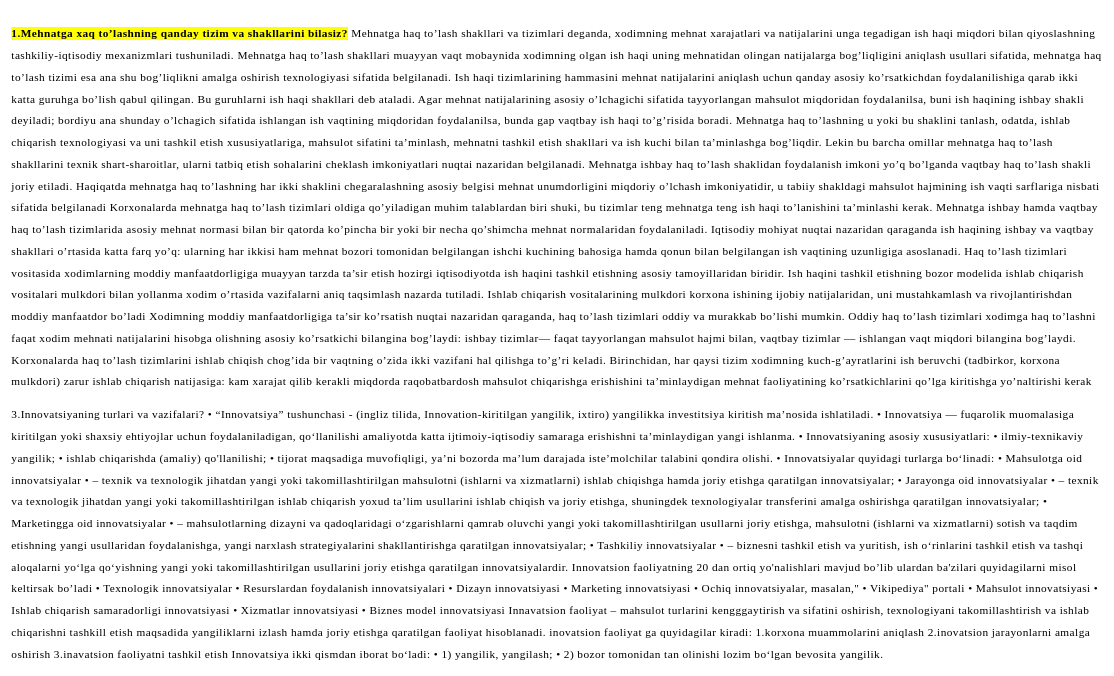
Repository: Ikromkhurozov/tsue-exam-answers
Page: index.html
These files come from the project's save history. The page is drawn as it stood at one moment and after the next save; the edit follows.
The browser window is 1280 px wide. The pictures show the whole page, at 87% of full size.

Above is the page before, as saved 2024-01-15 00:57:03.

### index.html
<!DOCTYPE html>
<html lang="en">
  <head>
    <meta charset="UTF-8" />
    <meta name="viewport" content="width=device-width, initial-scale=1.0" />
    <title>Document</title>
    <style>
      mark {
        font-weight: bold;
      }

      div {
        padding: 5px;
      }

      * {
        letter-spacing: 0.5px;
        line-height: 25px;
        font-size: 13px;
      }
    </style>
  </head>
  <body>

   <div>

      <p> <mark>1.Mehnatga xaq to’lashning qanday tizim va shakllarini bilasiz?</mark> Mehnatga haq to’lash shakllari va tizimlari deganda, xodimning mehnat xarajatlari va natijalarini unga tegadigan ish haqi miqdori bilan qiyoslashning tashkiliy-iqtisodiy mexanizmlari tushuniladi. Mehnatga haq to’lash shakllari muayyan vaqt mobaynida xodimning olgan ish haqi uning mehnatidan olingan natijalarga bog’liqligini aniqlash usullari sifatida, mehnatga haq to’lash tizimi esa ana shu bog’liqlikni amalga oshirish texnologiyasi sifatida belgilanadi.
         Ish haqi tizimlarining hammasini mehnat natijalarini aniqlash uchun qanday asosiy ko’rsatkichdan foydalanilishiga qarab ikki katta guruhga bo’lish qabul qilingan. Bu guruhlarni ish haqi shakllari deb ataladi. Agar mehnat natijalarining asosiy o’lchagichi sifatida tayyorlangan mahsulot miqdoridan foydalanilsa, buni ish haqining ishbay shakli deyiladi; bordiyu ana shunday o’lchagich sifatida ishlangan ish vaqtining miqdoridan foydalanilsa, bunda gap vaqtbay ish haqi to’g’risida boradi.
         Mehnatga haq to’lashning u yoki bu shaklini tanlash, odatda, ishlab chiqarish texnologiyasi va uni tashkil etish xususiyatlariga, mahsulot sifatini ta’minlash, mehnatni tashkil etish shakllari va ish kuchi bilan ta’minlashga bog’liqdir. Lekin bu barcha omillar mehnatga haq to’lash shakllarini texnik shart-sharoitlar, ularni tatbiq etish sohalarini cheklash imkoniyatlari nuqtai nazaridan belgilanadi. Mehnatga ishbay haq to’lash shaklidan foydalanish imkoni yo’q bo’lganda vaqtbay haq to’lash shakli joriy etiladi. Haqiqatda mehnatga haq to’lashning har ikki shaklini chegaralashning asosiy belgisi mehnat unumdorligini miqdoriy o’lchash imkoniyatidir, u tabiiy shakldagi mahsulot hajmining ish vaqti sarflariga nisbati sifatida belgilanadi
         Korxonalarda mehnatga haq to’lash tizimlari oldiga qo’yiladigan muhim talablardan biri shuki, bu tizimlar teng mehnatga teng ish haqi to’lanishini ta’minlashi kerak.
         Mehnatga ishbay hamda vaqtbay haq to’lash tizimlarida asosiy mehnat normasi bilan bir qatorda ko’pincha bir yoki bir necha qo’shimcha mehnat normalaridan foydalaniladi.
         Iqtisodiy mohiyat nuqtai nazaridan qaraganda ish haqining ishbay va vaqtbay shakllari o’rtasida katta farq yo’q: ularning har ikkisi ham mehnat bozori tomonidan belgilangan ishchi kuchining bahosiga hamda qonun bilan belgilangan ish vaqtining uzunligiga asoslanadi.
         Haq to’lash tizimlari vositasida xodimlarning moddiy manfaatdorligiga muayyan tarzda ta’sir etish hozirgi iqtisodiyotda ish haqini tashkil etishning asosiy tamoyillaridan biridir. Ish haqini tashkil etishning bozor modelida ishlab chiqarish vositalari mulkdori bilan yollanma xodim o’rtasida vazifalarni aniq taqsimlash nazarda tutiladi. Ishlab chiqarish vositalarining mulkdori korxona ishining ijobiy natijalaridan, uni mustahkamlash va rivojlantirishdan moddiy manfaatdor bo’ladi
         Xodimning moddiy manfaatdorligiga ta’sir ko’rsatish nuqtai nazaridan qaraganda, haq to’lash tizimlari oddiy va murakkab bo’lishi mumkin. Oddiy haq to’lash tizimlari xodimga haq to’lashni faqat xodim mehnati natijalarini hisobga olishning asosiy ko’rsatkichi bilangina bog’laydi: ishbay tizimlar— faqat tayyorlangan mahsulot hajmi bilan, vaqtbay tizimlar — ishlangan vaqt miqdori bilangina bog’laydi.
         Korxonalarda haq to’lash tizimlarini ishlab chiqish chog’ida bir vaqtning o’zida ikki vazifani hal qilishga to’g’ri keladi. Birinchidan, har qaysi tizim xodimning kuch-g’ayratlarini ish beruvchi (tadbirkor, korxona mulkdori) zarur ishlab chiqarish natijasiga: kam xarajat qilib kerakli miqdorda raqobatbardosh mahsulot chiqarishga erishishini ta’minlaydigan mehnat faoliyatining ko’rsatkichlarini qo’lga kiritishga yo’naltirishi kerak
         </p>






3.Innovatsiyaning turlari va vazifalari?
•	“Innovatsiya”  tushunchasi - (ingliz tilida, Innovation-kiritilgan yangilik, ixtiro) yangilikka  investitsiya    kiritish     ma’nosida ishlatiladi.
•	Innovatsiya — fuqarolik muomalasiga kiritilgan yoki shaxsiy ehtiyojlar uchun foydalaniladigan, qo‘llanilishi amaliyotda katta ijtimoiy-iqtisodiy samaraga erishishni ta’minlaydigan yangi ishlanma.
•	Innovatsiyaning asosiy xususiyatlari:
•	ilmiy-texnikaviy yangilik;
•	ishlab chiqarishda (amaliy) qo'llanilishi;
•	tijorat maqsadiga muvofiqligi, ya’ni bozorda ma’lum darajada iste’molchilar
talabini qondira olishi.

•	Innovatsiyalar quyidagi turlarga bo‘linadi:
•	Mahsulotga oid innovatsiyalar
•	–  texnik va texnologik jihatdan yangi yoki takomillashtirilgan mahsulotni (ishlarni va xizmatlarni) ishlab chiqishga hamda joriy etishga qaratilgan innovatsiyalar;
•	Jarayonga oid innovatsiyalar
•	– texnik va texnologik jihatdan yangi yoki takomillashtirilgan ishlab chiqarish yoxud ta’lim usullarini ishlab chiqish va joriy etishga, shuningdek texnologiyalar transferini amalga oshirishga qaratilgan innovatsiyalar;
•	Marketingga oid innovatsiyalar
•	– mahsulotlarning dizayni va qadoqlaridagi o‘zgarishlarni qamrab oluvchi yangi yoki takomillashtirilgan usullarni joriy etishga, mahsulotni (ishlarni va xizmatlarni) sotish va taqdim etishning yangi usullaridan foydalanishga, yangi narxlash strategiyalarini shakllantirishga qaratilgan innovatsiyalar;
•	Tashkiliy innovatsiyalar
•	– biznesni tashkil etish va yuritish, ish o‘rinlarini tashkil etish va tashqi aloqalarni yo‘lga qo‘yishning yangi yoki takomillashtirilgan usullarini joriy etishga qaratilgan innovatsiyalardir.

Innovatsion faoliyatning 20 dan ortiq yo'nalishlari mavjud bo’lib ulardan ba'zilari quyidagilarni misol keltirsak bo’ladi
•	Texnologik innovatsiyalar
•	Resurslardan foydalanish innovatsiyalari
•	Dizayn innovatsiyasi
•	Marketing innovatsiyasi
•	Ochiq innovatsiyalar, masalan,"
•	Vikipediya" portali
•	Mahsulot innovatsiyasi
•	Ishlab chiqarish samaradorligi innovatsiyasi
•	Xizmatlar innovatsiyasi
•	Biznes model innovatsiyasi

Innavatsion faoliyat – mahsulot turlarini kengggaytirish va sifatini oshirish, texnologiyani takomillashtirish va ishlab chiqarishni  tashkill etish maqsadida yangiliklarni izlash hamda joriy etishga qaratilgan faoliyat hisoblanadi. inovatsion faoliyat ga quyidagilar kiradi: 1.korxona muammolarini aniqlash 2.inovatsion jarayonlarni amalga oshirish 3.inavatsion faoliyatni tashkil etish
Innovatsiya ikki qismdan iborat bo‘ladi:
•	1) yangilik, yangilash;
•	2) bozor tomonidan tan olinishi lozim bo‘lgan bevosita yangilik.






   </div>

  </body>
</html>

After the next save:
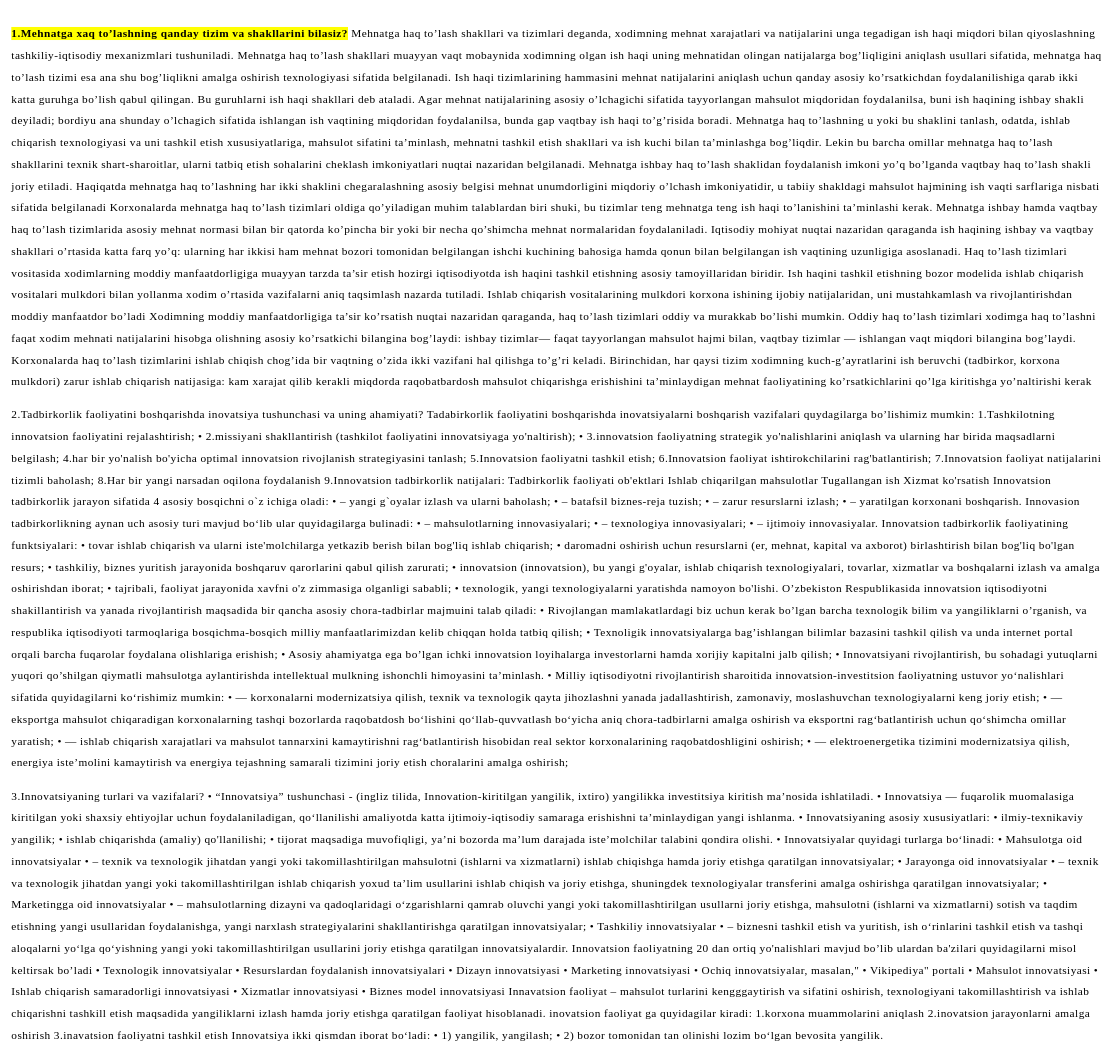
Saved 6 s later.
--- a/index.html
+++ b/index.html
@@ -33,6 +33,42 @@
          Haq to’lash tizimlari vositasida xodimlarning moddiy manfaatdorligiga muayyan tarzda ta’sir etish hozirgi iqtisodiyotda ish haqini tashkil etishning asosiy tamoyillaridan biridir. Ish haqini tashkil etishning bozor modelida ishlab chiqarish vositalari mulkdori bilan yollanma xodim o’rtasida vazifalarni aniq taqsimlash nazarda tutiladi. Ishlab chiqarish vositalarining mulkdori korxona ishining ijobiy natijalaridan, uni mustahkamlash va rivojlantirishdan moddiy manfaatdor bo’ladi
          Xodimning moddiy manfaatdorligiga ta’sir ko’rsatish nuqtai nazaridan qaraganda, haq to’lash tizimlari oddiy va murakkab bo’lishi mumkin. Oddiy haq to’lash tizimlari xodimga haq to’lashni faqat xodim mehnati natijalarini hisobga olishning asosiy ko’rsatkichi bilangina bog’laydi: ishbay tizimlar— faqat tayyorlangan mahsulot hajmi bilan, vaqtbay tizimlar — ishlangan vaqt miqdori bilangina bog’laydi.
          Korxonalarda haq to’lash tizimlarini ishlab chiqish chog’ida bir vaqtning o’zida ikki vazifani hal qilishga to’g’ri keladi. Birinchidan, har qaysi tizim xodimning kuch-g’ayratlarini ish beruvchi (tadbirkor, korxona mulkdori) zarur ishlab chiqarish natijasiga: kam xarajat qilib kerakli miqdorda raqobatbardosh mahsulot chiqarishga erishishini ta’minlaydigan mehnat faoliyatining ko’rsatkichlarini qo’lga kiritishga yo’naltirishi kerak
+         </p>
+
+         <p>
+            2.Tadbirkorlik faoliyatini boshqarishda inovatsiya tushunchasi va uning ahamiyati?
+Tadabirkorlik faoliyatini boshqarishda inovatsiyalarni boshqarish vazifalari quydagilarga bo’lishimiz mumkin: 1.Tashkilotning innovatsion faoliyatini rejalashtirish;
+•	2.missiyani shakllantirish (tashkilot faoliyatini innovatsiyaga yo'naltirish);
+•	3.innovatsion faoliyatning strategik yo'nalishlarini aniqlash va ularning har birida maqsadlarni belgilash; 4.har bir yo'nalish bo'yicha optimal innovatsion rivojlanish strategiyasini tanlash; 5.Innovatsion faoliyatni tashkil etish; 6.Innovatsion faoliyat ishtirokchilarini rag'batlantirish; 7.Innovatsion faoliyat natijalarini tizimli baholash; 8.Har bir yangi narsadan oqilona foydalanish 9.Innovatsion tadbirkorlik natijalari: Tadbirkorlik faoliyati ob'ektlari Ishlab chiqarilgan mahsulotlar Tugallangan ish Xizmat ko'rsatish
+Innovatsion tadbirkorlik jarayon sifatida 4 asosiy bosqichni o`z ichiga oladi:
+•	– yangi g`oyalar izlash va ularni baholash;
+•	– batafsil biznes-reja tuzish;
+•	– zarur resurslarni izlash;
+•	– yaratilgan korxonani boshqarish.
+
+Innovasion tadbirkorlikning aynan uch asosiy turi mavjud boʻlib ular quyidagilarga bulinadi:
+•	– mahsulotlarning innovasiyalari;
+•	– texnologiya innovasiyalari;
+•	– ijtimoiy innovasiyalar.
+
+Innovatsion tadbirkorlik faoliyatining funktsiyalari:
+•	tovar ishlab chiqarish va ularni iste'molchilarga yetkazib berish bilan bog'liq ishlab chiqarish;
+•	daromadni oshirish uchun resurslarni (er, mehnat, kapital va axborot) birlashtirish bilan bog'liq bo'lgan resurs;
+•	tashkiliy, biznes yuritish jarayonida boshqaruv qarorlarini qabul qilish zarurati;
+•	innovatsion (innovatsion), bu yangi g'oyalar, ishlab chiqarish texnologiyalari, tovarlar, xizmatlar va boshqalarni izlash va amalga oshirishdan iborat;
+•	tajribali, faoliyat jarayonida xavfni o'z zimmasiga olganligi sababli;
+•	texnologik, yangi texnologiyalarni yaratishda namoyon bo'lishi.
+	O’zbekiston Respublikasida innovatsion iqtisodiyotni shakillantirish va yanada rivojlantirish maqsadida bir qancha asosiy chora-tadbirlar majmuini talab qiladi:
+•	Rivojlangan mamlakatlardagi biz uchun kerak bo’lgan barcha texnologik bilim va yangiliklarni o’rganish, va respublika iqtisodiyoti tarmoqlariga bosqichma-bosqich milliy manfaatlarimizdan kelib chiqqan holda tatbiq qilish;
+•	Texnoligik innovatsiyalarga bag’ishlangan bilimlar bazasini tashkil qilish va unda internet portal orqali barcha fuqarolar foydalana olishlariga erishish;
+•	Asosiy ahamiyatga ega bo’lgan ichki innovatsion loyihalarga investorlarni hamda xorijiy kapitalni jalb qilish;
+•	Innovatsiyani rivojlantirish, bu sohadagi yutuqlarni yuqori qo’shilgan qiymatli mahsulotga aylantirishda intellektual mulkning ishonchli himoyasini ta’minlash.
+•		Milliy iqtisodiyotni rivojlantirish sharoitida innovatsion-investitsion faoliyatning ustuvor yo‘nalishlari sifatida quyidagilarni ko‘rishimiz mumkin:
+•	— korxonalarni modernizatsiya qilish, texnik va texnologik qayta jihozlashni yanada jadallashtirish, zamonaviy, moslashuvchan texnologiyalarni keng joriy etish;
+•	— eksportga mahsulot chiqaradigan korxonalarning tashqi bozorlarda raqobatdosh bo‘lishini qo‘llab-quvvatlash bo‘yicha aniq chora-tadbirlarni amalga oshirish va eksportni rag‘batlantirish uchun qo‘shimcha omillar yaratish;
+•	— ishlab chiqarish xarajatlari va mahsulot tannarxini kamaytirishni rag‘batlantirish hisobidan real sektor korxonalarining raqobatdoshligini oshirish;
+•	— elektroenergetika tizimini modernizatsiya qilish, energiya iste’molini kamaytirish va energiya tejashning samarali tizimini joriy etish choralarini amalga oshirish;
+
          </p>
 
 
